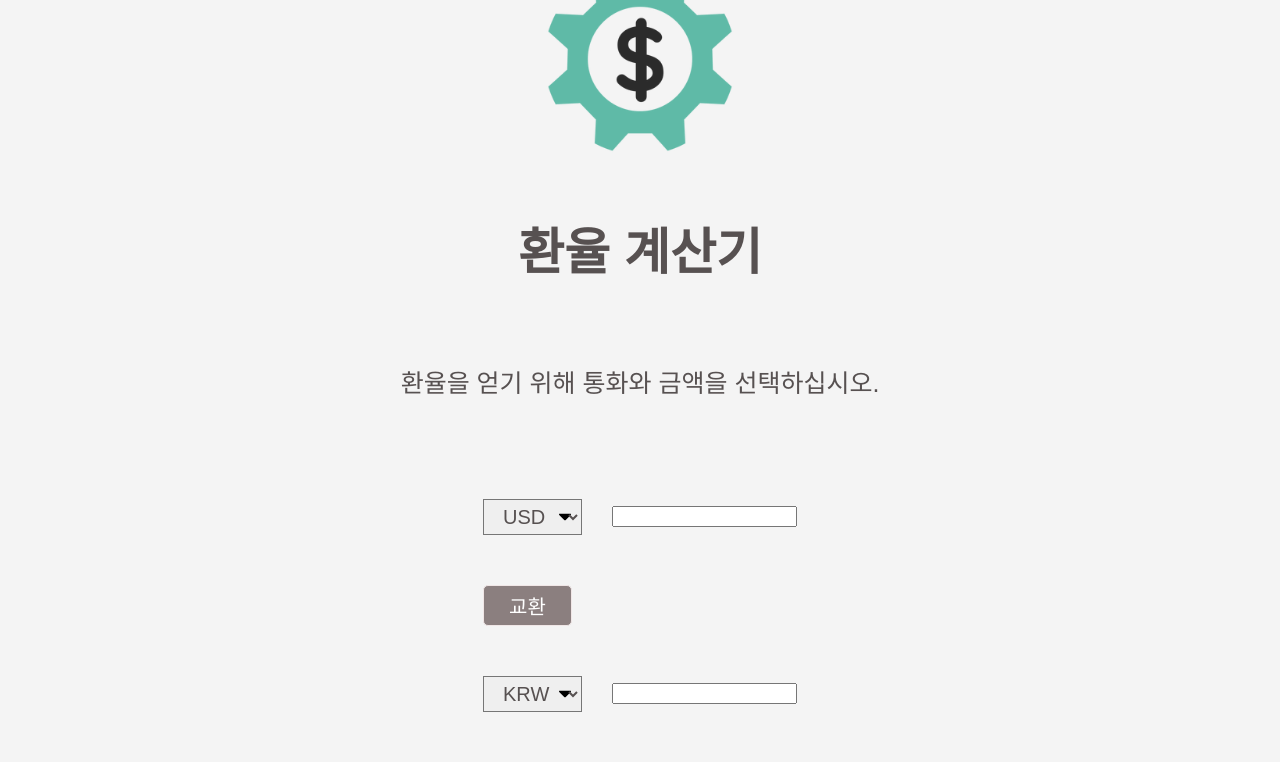
Repository: AbrorjonKuchkarov/exchange-rate
Page: index.html
An editor plug-in stored every save of this project. The page is shown before and after the next save, followed by the edit.
The browser window is 1280 px wide. The pictures show the whole page.

Above is the page before, as saved 2022-02-24 01:43:01.

### index.html
<!DOCTYPE html>
<html lang="en">
<head>
   <meta charset="UTF-8">
   <meta http-equiv="X-UA-Compatible" content="IE=edge">
   <meta name="viewport" content="width=device-width, initial-scale=1.0">
<link rel="stylesheet" href="style.css">
   <title>환율</title>
</head>
<body>
   <img src="img/money.png" alt="">
   <h1>환율 계산기 </h1>
   <p>환율을 얻기 위해 통화와 금액을 선택하십시오.</p>

   <div class="container">
      <div class="currency">
         <select id="selectOne">
            <option value="AED">AED</option>
            <option value="ARS">ARS</option>
            <option value="AUD">AUD</option>
            <option value="BGN">BGN</option>
            <option value="BRL">BRL</option>
            <option value="BSD">BSD</option>
            <option value="CAD">CAD</option>
            <option value="CHF">CHF</option>
            <option value="CLP">CLP</option>
            <option value="CNY">CNY</option>
            <option value="COP">COP</option>
            <option value="CZK">CZK</option>
            <option value="DKK">DKK</option>
            <option value="DOP">DOP</option>
            <option value="EGP">EGP</option>
            <option value="EUR">EUR</option>
            <option value="FJD">FJD</option>
            <option value="GBP">GBP</option>
            <option value="GTQ">GTQ</option>
            <option value="HKD">HKD</option>
            <option value="HRK">HRK</option>
            <option value="HUF">HUF</option>
            <option value="IDR">IDR</option>
            <option value="ILS">ILS</option>
            <option value="INR">INR</option>
            <option value="ISK">ISK</option>
            <option value="JPY">JPY</option>
            <option value="KRW">KRW</option>
            <option value="KZT">KZT</option>
            <option value="MXN">MXN</option>
            <option value="MYR">MYR</option>
            <option value="NOK">NOK</option>
            <option value="NZD">NZD</option>
            <option value="PAB">PAB</option>
            <option value="PEN">PEN</option>
            <option value="PHP">PHP</option>
            <option value="PKR">PKR</option>
            <option value="PLN">PLN</option>
            <option value="PYG">PYG</option>
            <option value="RON">RON</option>
            <option value="RUB">RUB</option>
            <option value="SAR">SAR</option>
            <option value="SEK">SEK</option>
            <option value="SGD">SGD</option>
            <option value="THB">THB</option>
            <option value="TRY">TRY</option>
            <option value="TWD">TWD</option>
            <option value="UAH">UAH</option>
            <option value="USD" selected>USD</option>
            <option value="UYU">UYU</option>
            <option value="VND">VND</option>
            <option value="ZAR">ZAR</option>
         </select>
         <input type="number" class="inputOne" >
      </div>

      <div class="swap">
         <button class="btn">교환</button>
         <div class="rate"></div>
      </div>

      <div class="currency">
         <select id="selectTwo">
         <option value="AED">AED</option>
         <option value="ARS">ARS</option>
         <option value="AUD">AUD</option>
         <option value="BGN">BGN</option>
         <option value="BRL">BRL</option>
         <option value="BSD">BSD</option>
         <option value="CAD">CAD</option>
         <option value="CHF">CHF</option>
         <option value="CLP">CLP</option>
         <option value="CNY">CNY</option>
         <option value="COP">COP</option>
         <option value="CZK">CZK</option>
         <option value="DKK">DKK</option>
         <option value="DOP">DOP</option>
         <option value="EGP">EGP</option>
         <option value="EUR">EUR</option>
         <option value="FJD">FJD</option>
         <option value="GBP">GBP</option>
         <option value="GTQ">GTQ</option>
         <option value="HKD">HKD</option>
         <option value="HRK">HRK</option>
         <option value="HUF">HUF</option>
         <option value="IDR">IDR</option>
         <option value="ILS">ILS</option>
         <option value="INR">INR</option>
         <option value="ISK">ISK</option>
         <option value="JPY">JPY</option>
         <option value="KRW" selected>KRW</option>
         <option value="KZT">KZT</option>
         <option value="MXN">MXN</option>
         <option value="MYR">MYR</option>
         <option value="NOK">NOK</option>
         <option value="NZD">NZD</option>
         <option value="PAB">PAB</option>
         <option value="PEN">PEN</option>
         <option value="PHP">PHP</option>
         <option value="PKR">PKR</option>
         <option value="PLN">PLN</option>
         <option value="PYG">PYG</option>
         <option value="RON">RON</option>
         <option value="RUB">RUB</option>
         <option value="SAR">SAR</option>
         <option value="SEK">SEK</option>
         <option value="SGD">SGD</option>
         <option value="THB">THB</option>
         <option value="TRY">TRY</option>
         <option value="TWD">TWD</option>
         <option value="UAH">UAH</option>
         <option value="USD">USD</option>
         <option value="UYU">UYU</option>
         <option value="VND">VND</option>
         <option value="ZAR">ZAR</option>
      </select>
      <input type="number" class="inputTwo" >
      </div>
   </div>




   <script src="app.js"></script>
</body>
</html>

### style.css
*{
   box-sizing: border-box;
}

body {
   font-family: Arial, Helvetica, sans-serif;
   margin: 0;
   display: flex;
   flex-direction: column;
   align-items: center;
   justify-content: center;
   height: 100vh;
   background-color: #f4f4f4;
   padding: 10px;

}

img {
   width: 200px;
}

h1{
   font-size: 50px;
   color: #575151;
   padding: 20px 0;
}

p{
   color: #575151;
   font-size: 25px;
   padding-bottom: 25px;
   text-align: center;
}

.btn{
   padding: 5px 25px;
   border-radius: 5px;
   border: 1px solid #f0e6e6;
   background-color: #8b7f7f;
   color: #fff;
   cursor: pointer;
   font-size: 20px;
}

.currency {
   margin: 30px 0;
   padding: 20px 0;
    display: flex;
   align-items: center;
   justify-content: space-between;
}

#selectOne,
#selectTwo{
   margin-right: 30px;
   font-size: 20px;
   color: #575151;
   padding: 5px 15px;
   -moz-appearance: none;
   background-image: url('data:[embedded picture, 475 characters]');
   background-position: right 10px top 50%;
   background-size: 12px auto;
   background-repeat: no-repeat;

}

Loaded but not shown: app.js (no copy from this time; the picture is the same without it)

After the next save:
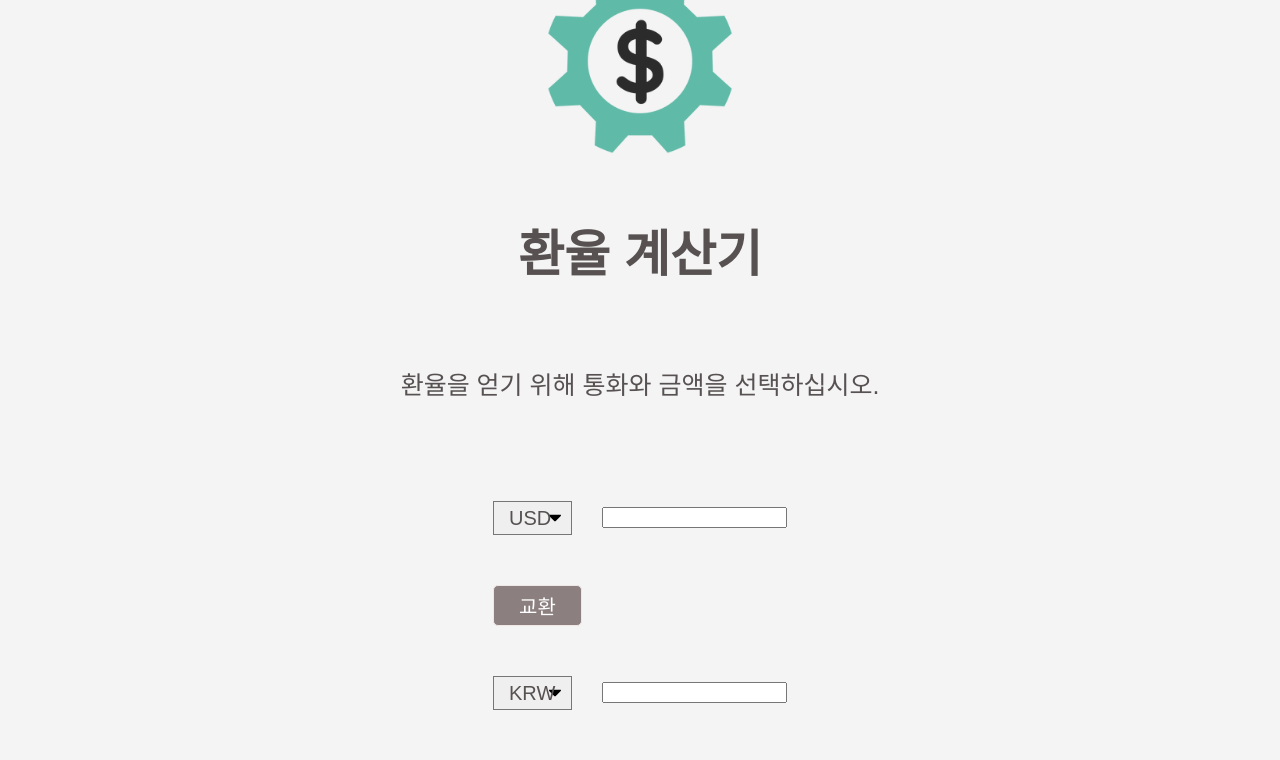
Saved 12 s later.
--- a/style.css
+++ b/style.css
@@ -57,6 +57,7 @@ p{
    color: #575151;
    padding: 5px 15px;
    -moz-appearance: none;
+   -webkit-appearance: none;
    background-image: url('data:[embedded picture, 475 characters]');
    background-position: right 10px top 50%;
    background-size: 12px auto;
